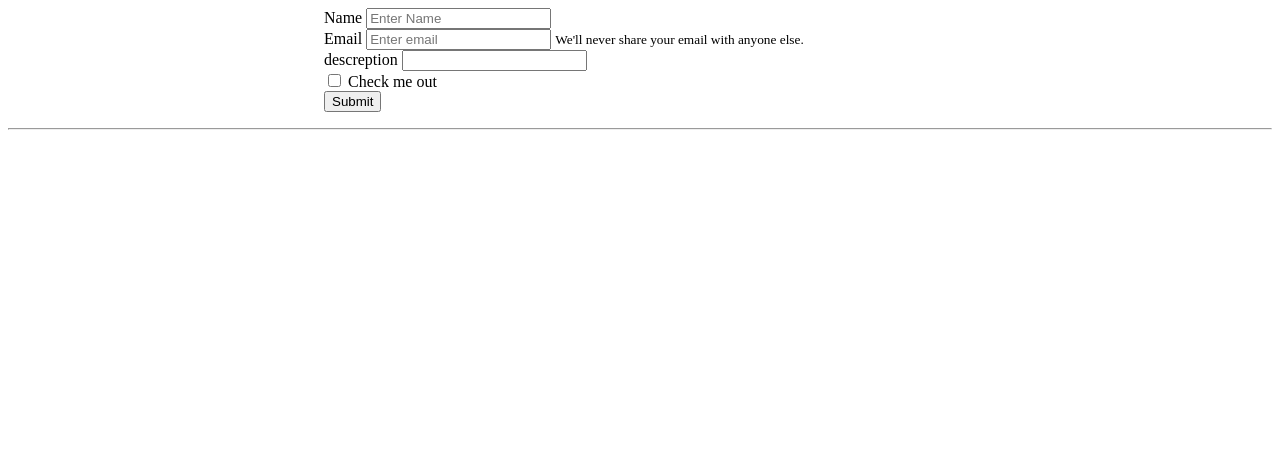
Repository: AlaaBashirSaijary/Library
Page: resources/views/pages/contact.blade.php
These files come from the project's save history. The page is drawn as it stood at one moment and after a run of saves; the edit follows.
The browser window is 1280 px wide. The pictures show the whole page.
Some web fonts or font styles are not loaded; a fallback is used. The page is served by the project's Laravel application, run on PHP 8.4 with Laravel 10. The template is opened directly, without the code that normally fills it, so the values that code supplies are empty.

Above is the page before, as saved 2023-12-26 11:18:09.

After the next 4 saves:
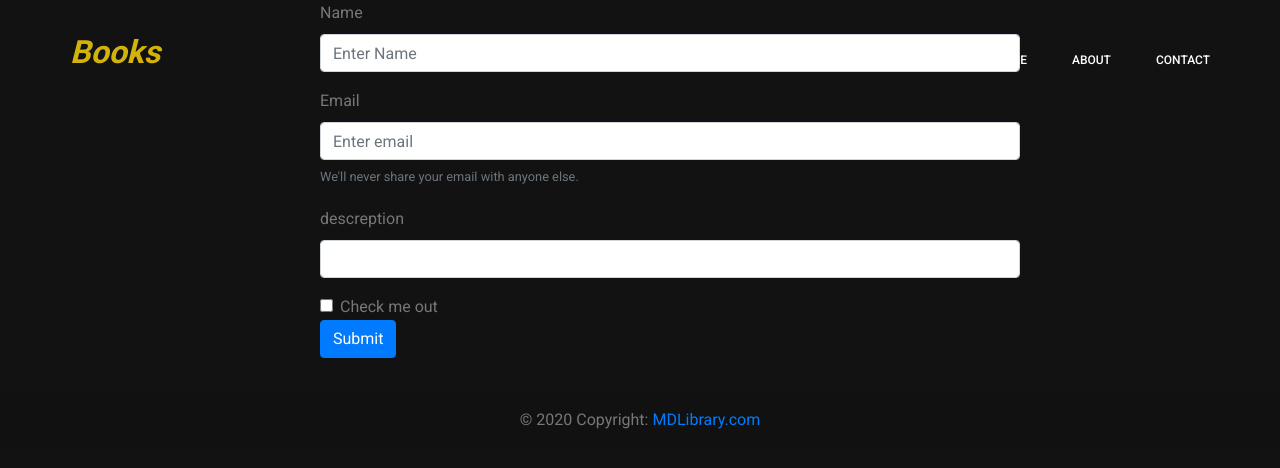
The 4 saves are shown as one change because they came seconds apart.
The last was saved 12 s later.
--- a/resources/views/pages/contact.blade.php
+++ b/resources/views/pages/contact.blade.php
@@ -1,3 +1,8 @@
+@extends("master.app")
+
+@section("content")
+
+@endsection
 <div id="b"></div>
 <form style="width: 700px; margin-left: 25%;">
 
